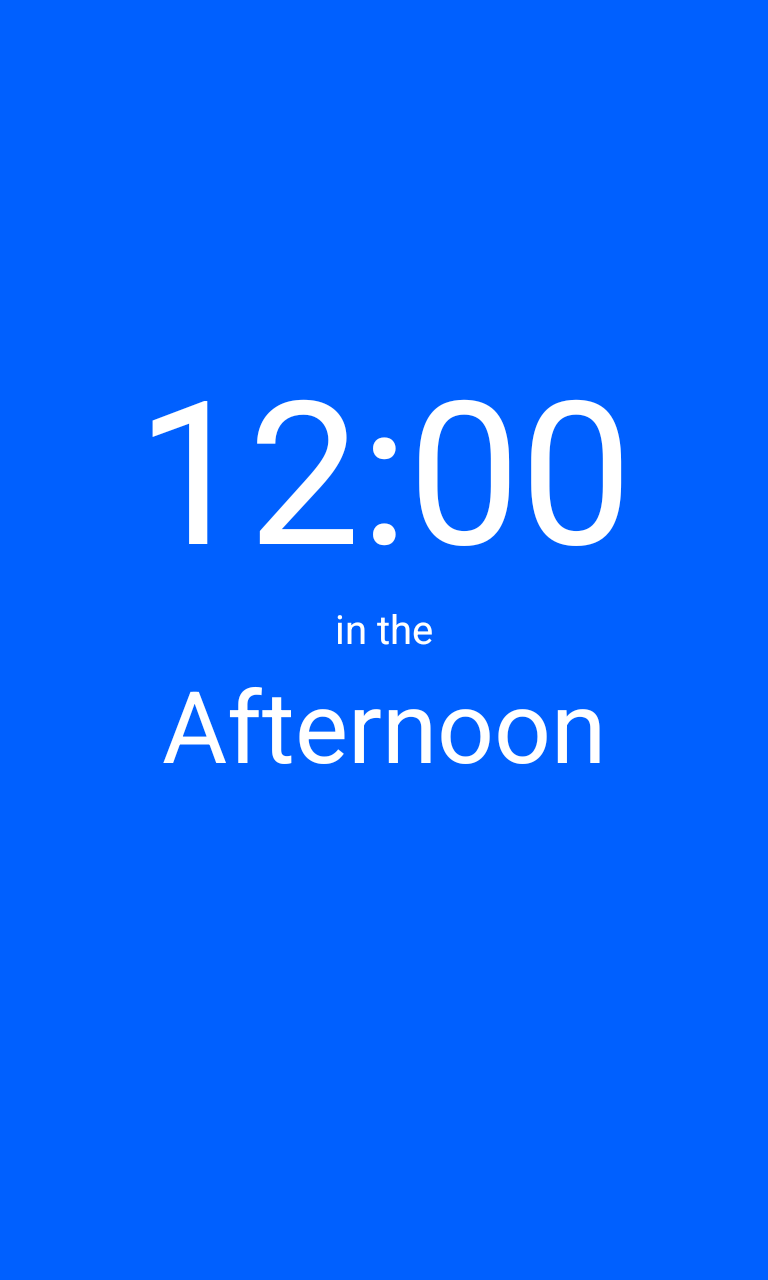
Repository: DinkyDetailsLLC/ADP2
Layout: WakeTimerforKids/res/layout/activity_main.xml
The author's editor kept a copy of each file at every save. The layout is drawn from the files as they stood at one save, then again after a run of saves.
It is drawn on a 768 x 1280 px phone screen (xhdpi) without system bars, with theme AppTheme; the app's code is not run.

Above is the layout before, as saved 2014-02-12 05:55:59.

After the next 2 saves:
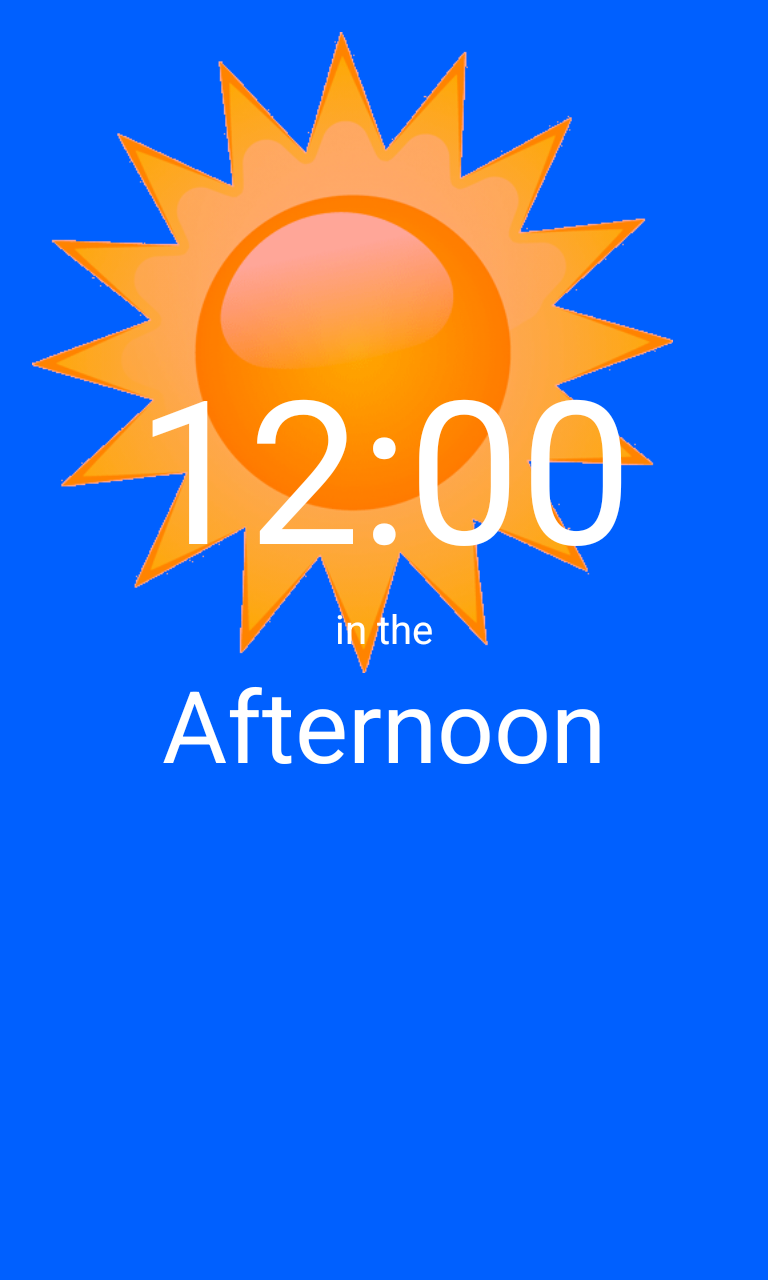
The 2 saves are shown as one change because 1 did not build or start.
The last was saved 2 min 43 s later.
--- a/WakeTimerforKids/res/layout/activity_main.xml
+++ b/WakeTimerforKids/res/layout/activity_main.xml
@@ -8,6 +8,14 @@
     android:paddingRight="@dimen/activity_horizontal_margin"
     android:paddingTop="@dimen/activity_vertical_margin"
     tools:context=".MainActivity" >
+
+    	<ImageView
+      	android:layout_width="wrap_content"
+      	android:layout_height="wrap_content"
+      	android:tint="#55ff0000"
+     	 android:src="@drawable/sun"/>
+
+
 
         <TextClock
         android:id="@+id/textclock1"
